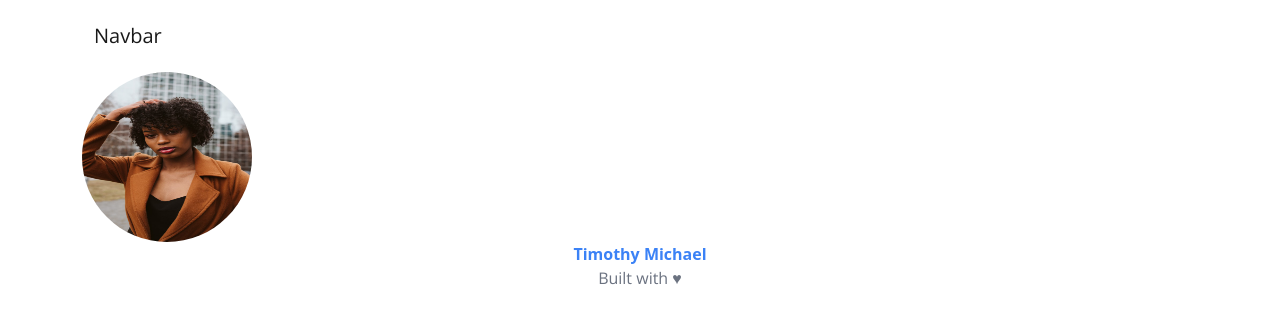
Repository: latenightsnacc/giggles
Page: HTML/CV.html
These files come from the project's save history. The page is drawn as it stood at one moment and after the next save; the edit follows.
The browser window is 1280 px wide. The pictures show the whole page.
Some web libraries are served in a nearby version.

Above is the page before, as saved 2021-01-04 14:57:30.

### HTML/CV.html
<!DOCTYPE html>
<html lang="en">
<head>
    <meta charset="UTF-8">
    <meta name="viewport" content="width=device-width, initial-scale=1.0">
    <link href="https://cdnjs.cloudflare.com/ajax/libs/tailwindcss/2.0.2/tailwind.min.css" rel="stylesheet">
    <link rel="stylesheet" href="https://stackpath.bootstrapcdn.com/font-awesome/4.7.0/css/font-awesome.min.css" />
    <link href="https://cdn.jsdelivr.net/npm/bootstrap@5.0.0-beta1/dist/css/bootstrap.min.css" rel="stylesheet" integrity="sha384-giJF6kkoqNQ00vy+HMDP7azOuL0xtbfIcaT9wjKHr8RbDVddVHyTfAAsrekwKmP1" crossorigin="anonymous">
    <link rel="stylesheet" href="stylesheet.css">
    <title>CV Page</title>
</head>
<body class="overflow-x-hidden">
    <!--Navigation-->
    <header class="container">
        <nav class="navbar navbar-expand-lg navbar-light bg-white py-3">
            <div class="container-fluid">
              <a class="navbar-brand" href="search.html">Navbar</a>
              <button class="navbar-toggler" type="button" data-bs-toggle="collapse" data-bs-target="#navbarNavDropdown" aria-controls="navbarNavDropdown" aria-expanded="false" aria-label="Toggle navigation">
                <span class="navbar-toggler-icon"></span>
              </button>
              <div class="collapse navbar-collapse" id="navbarNavDropdown">

              </div>
            </div>
        </nav>
    </header>
    <main>
        <!--CV Profile-->
        <div class="container">
            <div class="row">
                <div class="col-xs-12 col-sm-12 col-md-3 col-lg-3 col-xl-3">
                    <div >
                        <img class="rounded-full" src="assets/userDp.jpg" style="width: 170px;height: 170px;" alt="profile picture">
                    </div>
                </div>
                <div class="col-xs-12 col-sm-12 col-md-9 col-lg-9 col-xl-9"></div>
            </div>
        </div>
    </main>
    <footer class="text-center text-l text-blue-500 font-semibold">
        Timothy Michael
        <p class="text-gray-500">Built with &hearts;</p>
    </footer>

    <script src="https://cdn.jsdelivr.net/npm/bootstrap@5.0.0-beta1/dist/js/bootstrap.bundle.min.js" integrity="sha384-ygbV9kiqUc6oa4msXn9868pTtWMgiQaeYH7/t7LECLbyPA2x65Kgf80OJFdroafW" crossorigin="anonymous"></script>

</body>
</html>

### HTML/stylesheet.css
@import url('https://fonts.googleapis.com/css2?family=Montserrat:wght@400;700&family=Open+Sans:wght@300;400&display=swap');

h1, h2, h3, h4, h5, h6 {
    font-family: 'Montserrat', sans-serif;
}
.user-info h1 {
    line-height: 60px;
    font-size: 50px;
    font-weight: 700;
    margin-top: 20px;
}
.user-info h2 {
    line-height: 27px;
    font-size: 18px;
    font-weight: 400;
    margin-top: 15px;
}
.user-info span {
    line-height: 36px;
    font-size: 30px;
    font-weight: 600;
}
.user-info p {
    margin: 5px 0;
}
.user-info button {
    margin-top: 10px;
}
p, div, a, button {
    font-family: 'Open Sans', sans-serif;
    font-weight: 300;
}

.work-experience .row:hover .text {
    border:2px solid  #3b82f6;

}
.work-experience .row:hover .flex .no {
    border:1px solid #3b82f6;

}
.nav-link {
    color: #3b82f6 !important;
}
.nav-item .active{
    font-weight: 600;
}

After the next save:
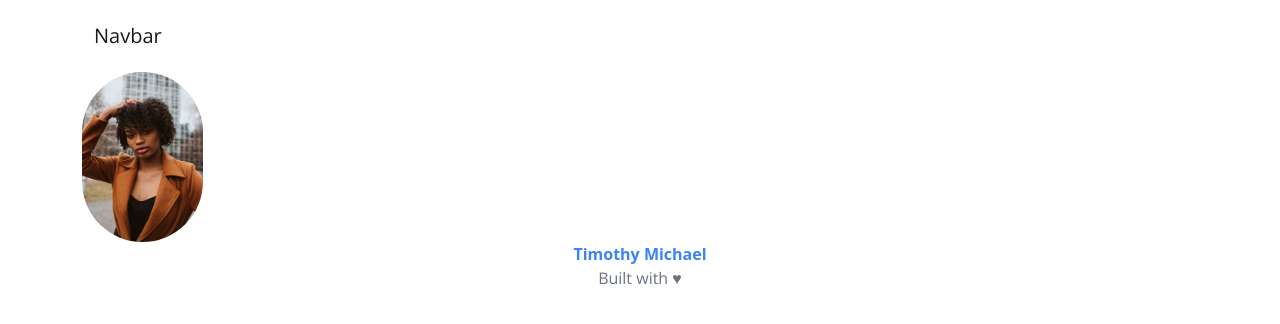
Saved 7 s later.
--- a/HTML/CV.html
+++ b/HTML/CV.html
@@ -30,7 +30,7 @@
             <div class="row">
                 <div class="col-xs-12 col-sm-12 col-md-3 col-lg-3 col-xl-3">
                     <div >
-                        <img class="rounded-full" src="assets/userDp.jpg" style="width: 170px;height: 170px;" alt="profile picture">
+                        <img class="rounded-full" src="assets/userDp.jpg" style="max-width: 170px;height: 170px;" alt="profile picture">
                     </div>
                 </div>
                 <div class="col-xs-12 col-sm-12 col-md-9 col-lg-9 col-xl-9"></div>

After the save that followed:
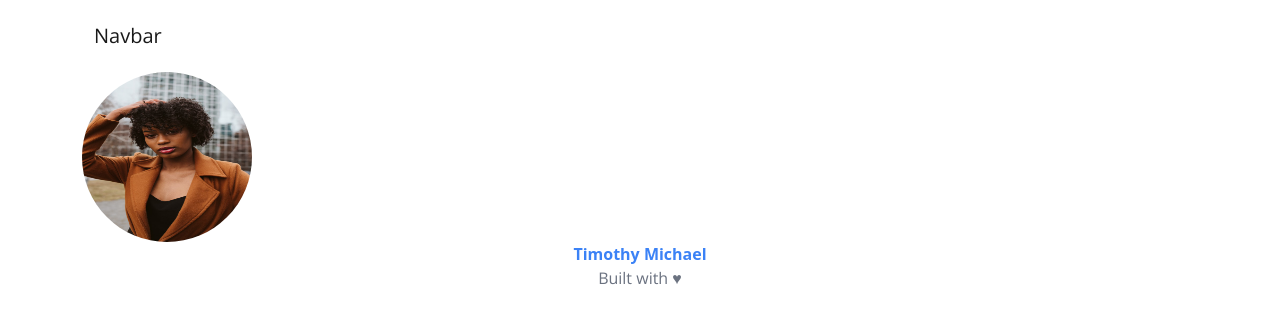
Saved 9 s later.
--- a/HTML/CV.html
+++ b/HTML/CV.html
@@ -30,7 +30,7 @@
             <div class="row">
                 <div class="col-xs-12 col-sm-12 col-md-3 col-lg-3 col-xl-3">
                     <div >
-                        <img class="rounded-full" src="assets/userDp.jpg" style="max-width: 170px;height: 170px;" alt="profile picture">
+                        <img class="rounded-full" src="assets/userDp.jpg" style="width: 170px;height: 170px;" alt="profile picture">
                     </div>
                 </div>
                 <div class="col-xs-12 col-sm-12 col-md-9 col-lg-9 col-xl-9"></div>
